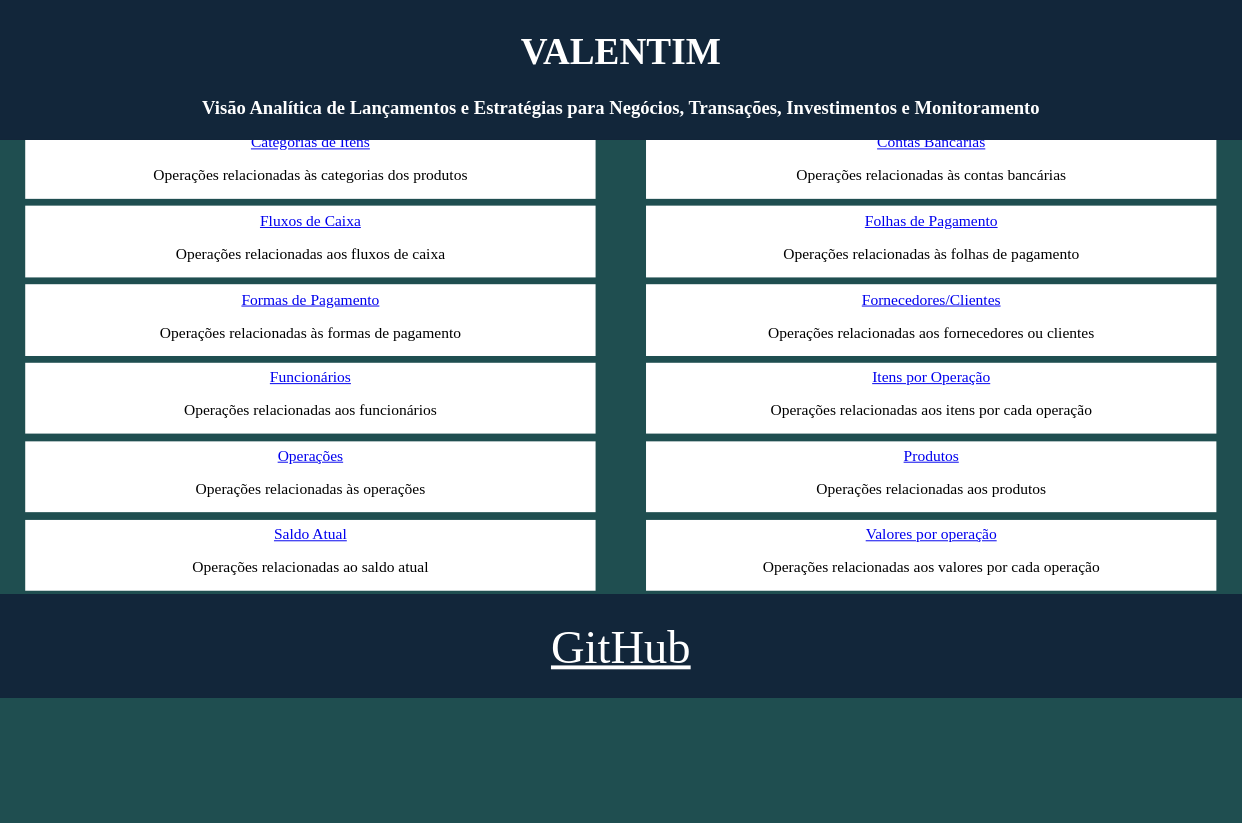
Repository: Matheus-Lacerda009/ERP-Financeiro
Page: Front/menu/menu.html
The author's editor kept a copy of each file at every save. The page is drawn from the files as they stood at one save, then again after the next save.
The browser window is 1280 px wide. The pictures show the whole page, at 97% of full size.

Above is the page before, as saved 2026-07-13 19:06:35.

After the next save:
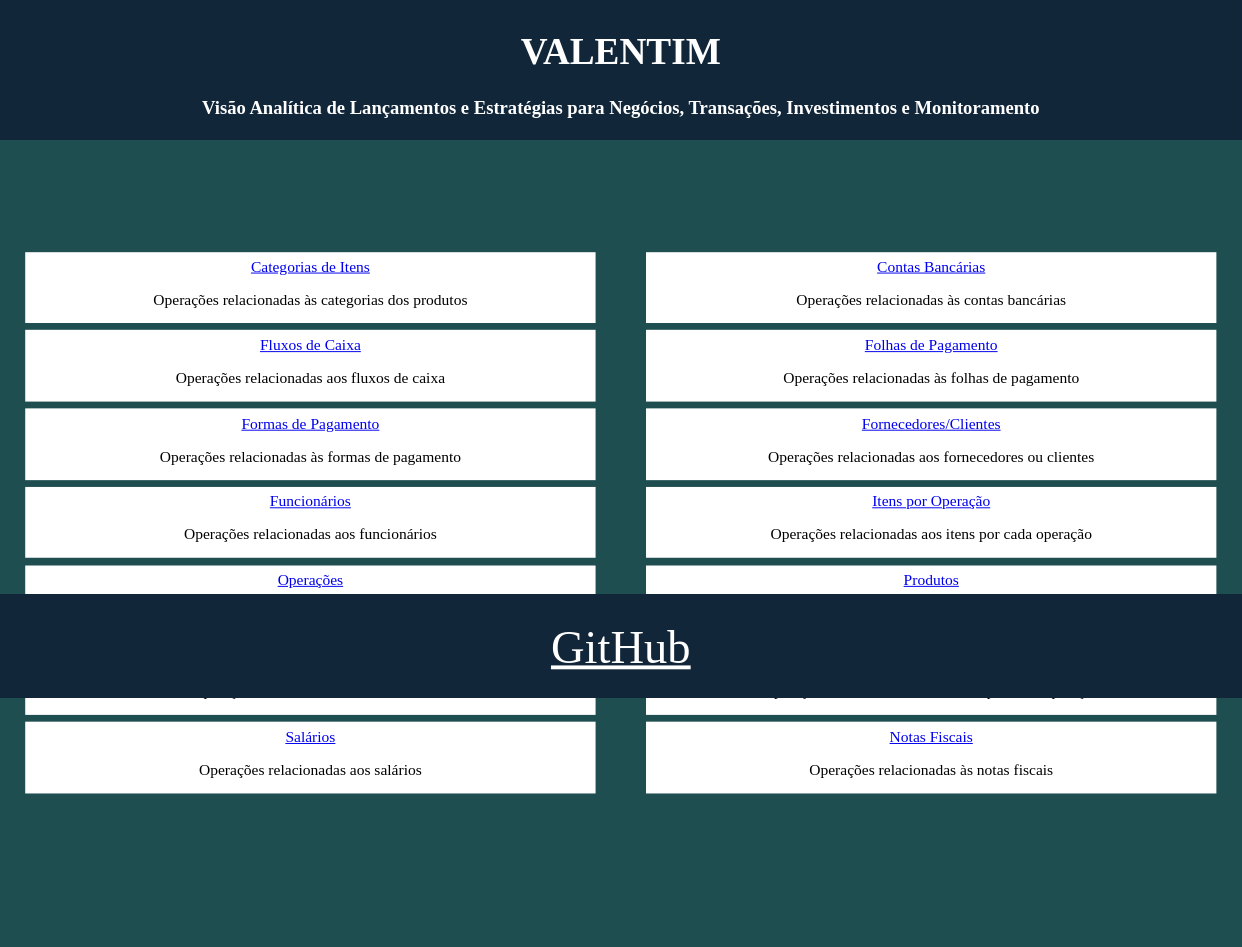
Saved 17 s later.
--- a/Front/menu/menu.css
+++ b/Front/menu/menu.css
@@ -47,7 +47,7 @@
 }
 
 .container{
-    margin-top: 10%;
+    margin-top: 20%;
     height: 100vh;
     width: 100%;
     box-sizing: border-box;

After the 3 saves that followed:
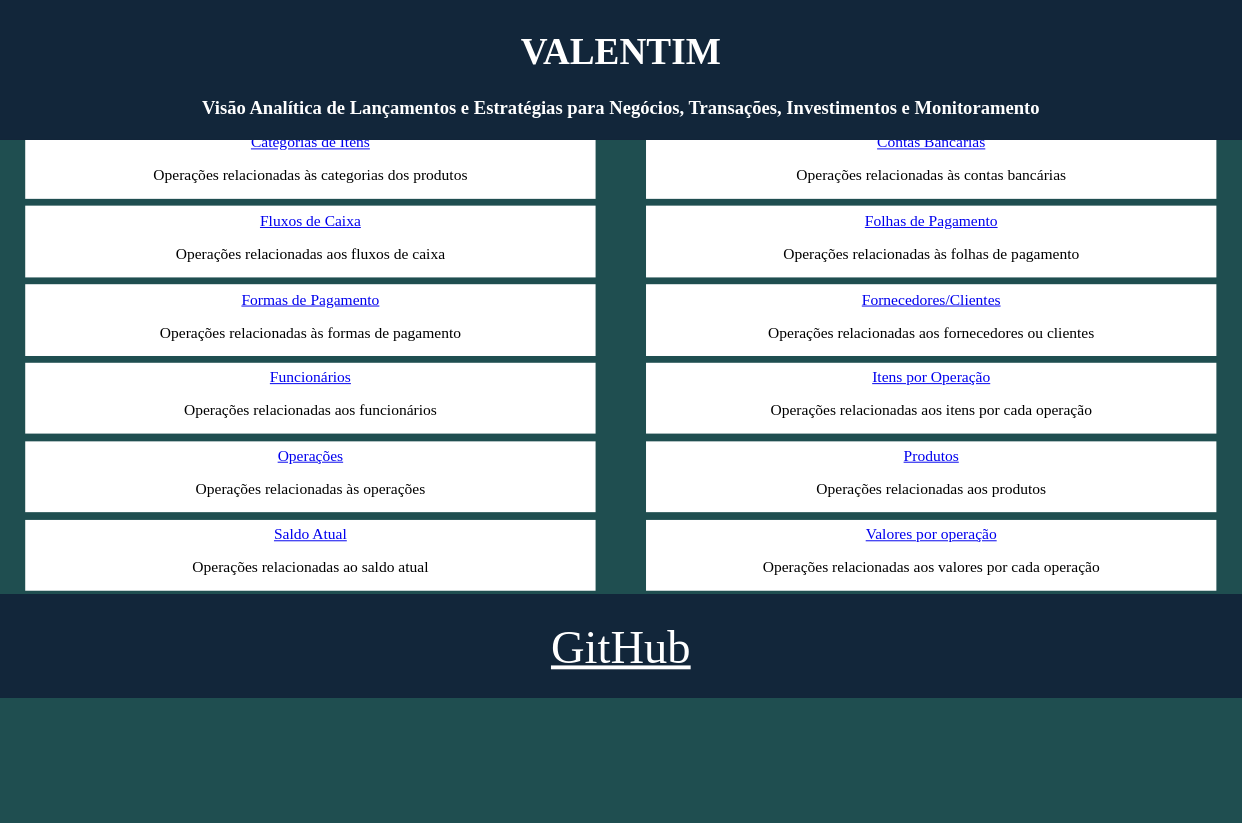
The 3 saves are shown as one change because 1 left the picture as it was and some came seconds apart.
The last was saved 26 s later.
--- a/Front/menu/menu.css
+++ b/Front/menu/menu.css
@@ -47,9 +47,9 @@
 }
 
 .container{
-    margin-top: 20%;
     height: 100vh;
     width: 100%;
+    margin-top: 10%;
     box-sizing: border-box;
     display: grid;
     grid-template-columns: repeat(2, 7fr);
